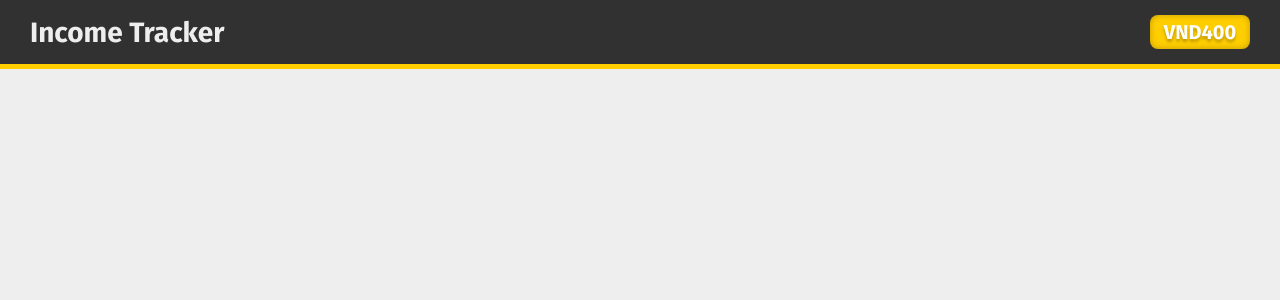
Repository: kate30980/incometracker
Page: /
These files come from the project's save history. The page is drawn as it stood at one moment and after the next save; the edit follows.
The browser window is 1280 px wide. The pictures show the whole page.
The project was rebuilt for these pictures with package versions that can differ from the ones it lists, and the page was loaded fresh each time.

Above is the page before, as saved 2021-08-23 17:03:14.

After the next save:
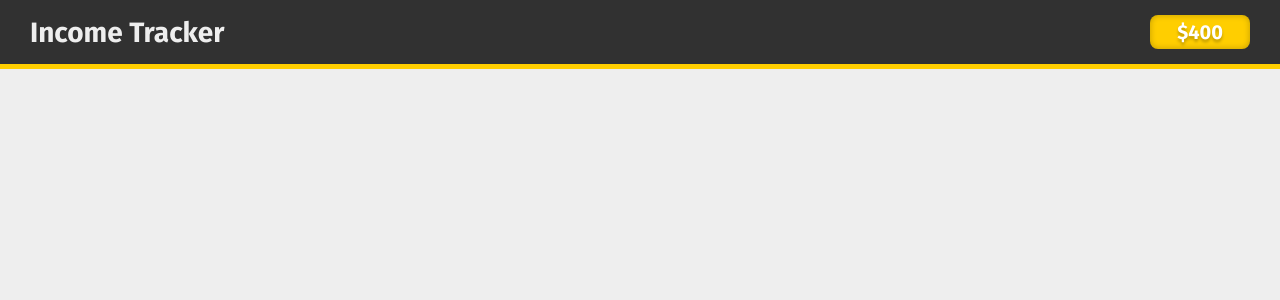
Saved 21 s later.
--- a/src/components/Header.vue
+++ b/src/components/Header.vue
@@ -1,7 +1,7 @@
 <template>
   <header>
       <h1>Income Tracker</h1>
-      <div class="total-income">VND{{ totalIncome }}</div>
+      <div class="total-income">${{ totalIncome }}</div>
   </header>
 </template>
 
